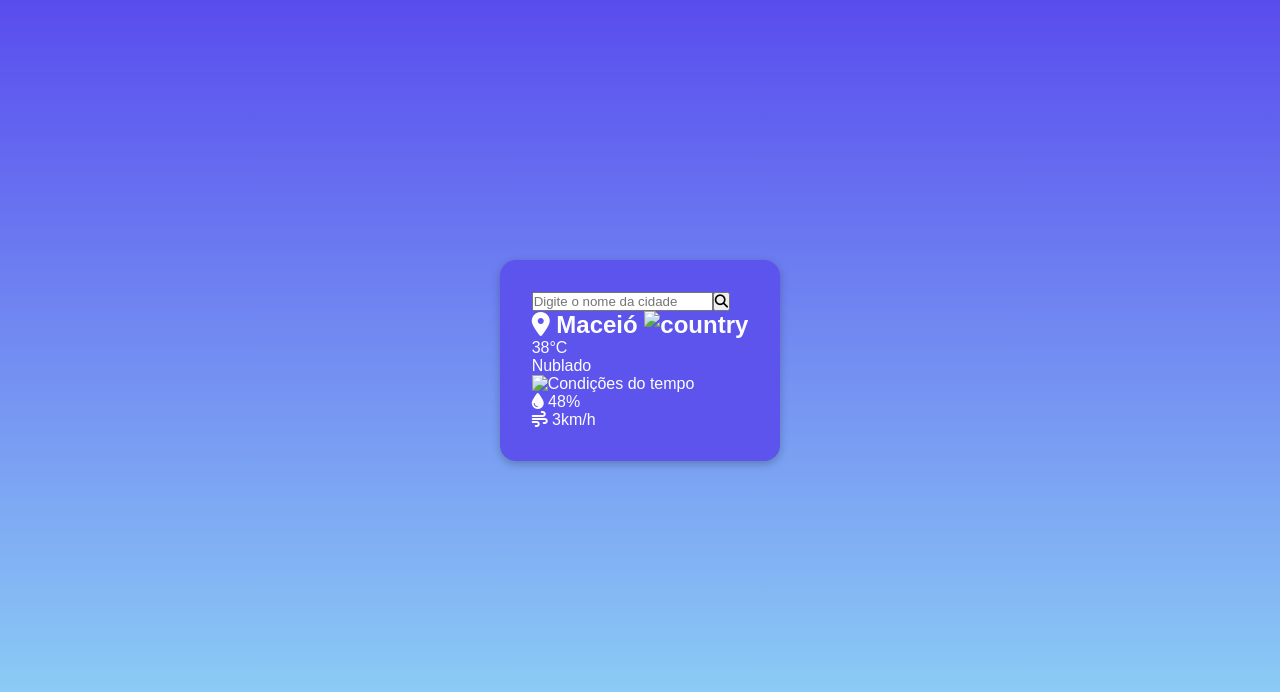
Repository: eziocdl/Weather--API
Page: index.html
These files come from the project's save history. The page is drawn as it stood at one moment and after the next save; the edit follows.
The browser window is 1280 px wide. The pictures show the whole page.

Above is the page before, as saved 2023-06-19 15:51:37.

After the next save:
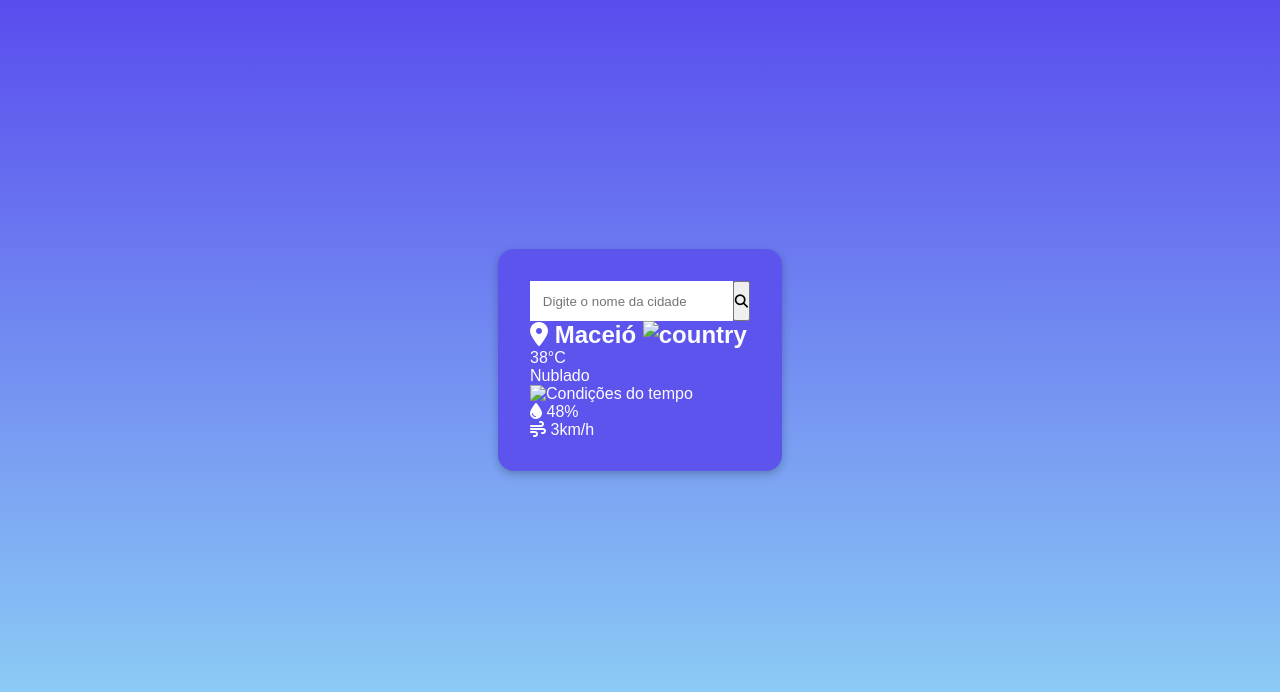
Saved 30 s later.
--- a/css/styles.css
+++ b/css/styles.css
@@ -33,3 +33,9 @@ body {
 .form-input-container {
     display: flex;
 }
+
+.form input {
+    padding: 0.8rem;
+    border: none;
+    flex: 1;
+}
